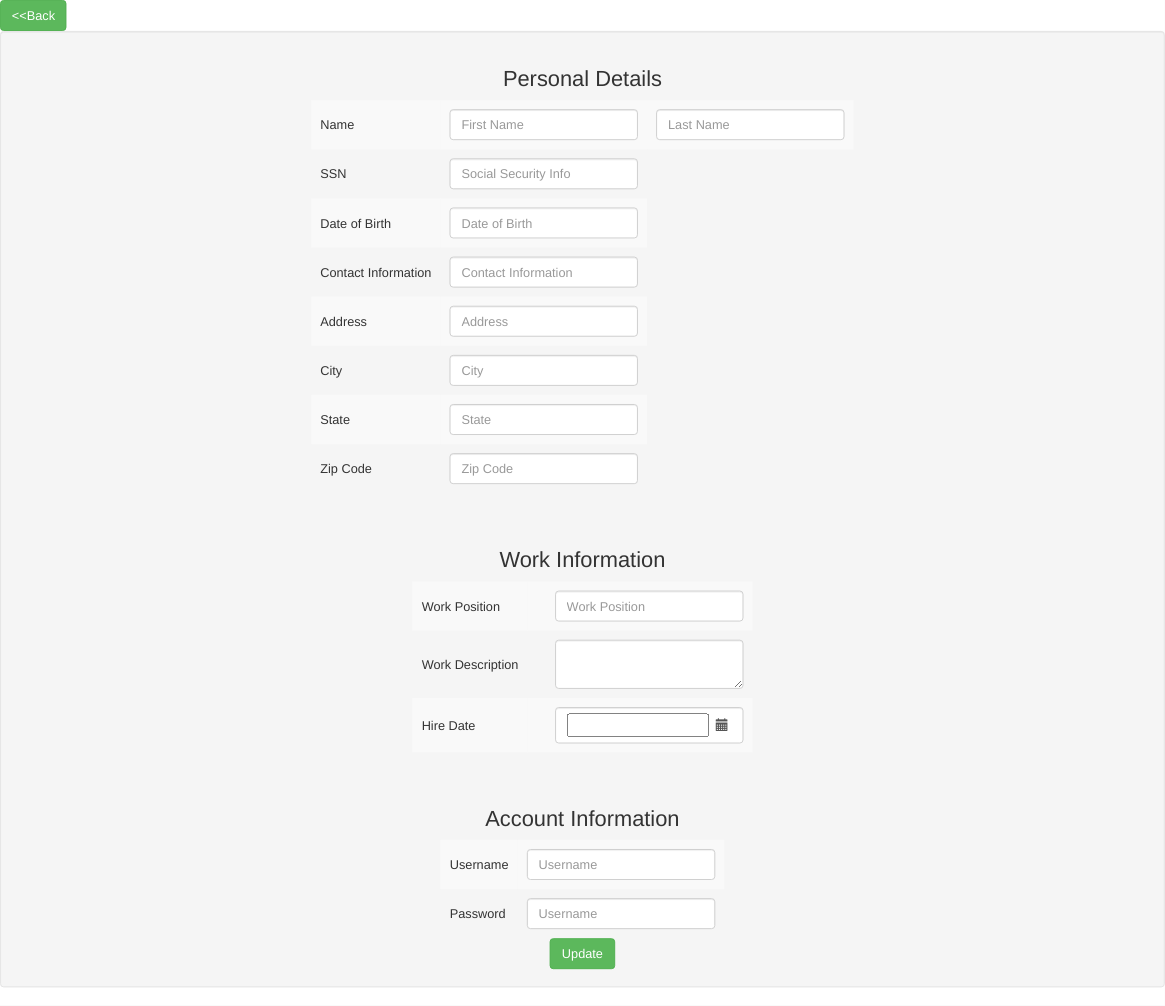
Repository: harshadrane89/CMPE273-WebService-AirlineManagement
Page: http://localhost/AirlineManagementSystemClient/TwitterGUI/ModifyEmployee.jsp
These files come from the project's save history. The page is drawn as it stood at one moment and after the next save; the edit follows.
The browser window is 1280 px wide. The pictures show the whole page, at 91% of full size.
The page is served by Tomcat 9.

Above is the page before, as saved 2013-12-08 10:51:25.

After the next save:
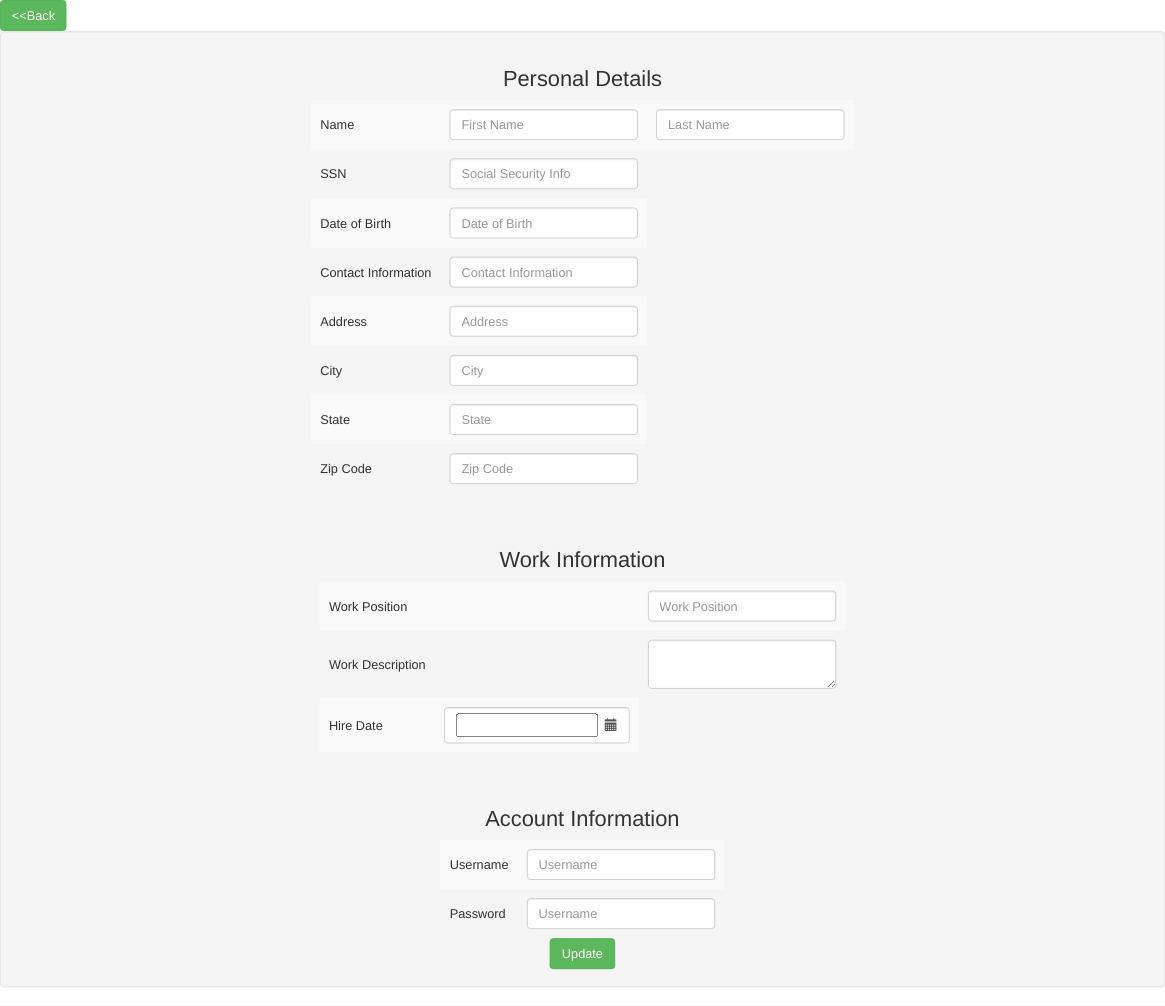
Saved 5 s later.
--- a/273_Project_Tomcat/AirlineManagementSystemClient/WebContent/TwitterGUI/ModifyEmployee.jsp
+++ b/273_Project_Tomcat/AirlineManagementSystemClient/WebContent/TwitterGUI/ModifyEmployee.jsp
@@ -101,7 +101,7 @@
 				</tr>
 				<tr>
 					<td>Hire Date</td>
-					<td>
+
 					<td>
 						<div class="input-append date input-group form-control" id="dp1"
 							data-date="12-07-2012" data-date-format="mm-dd-yyyy">
